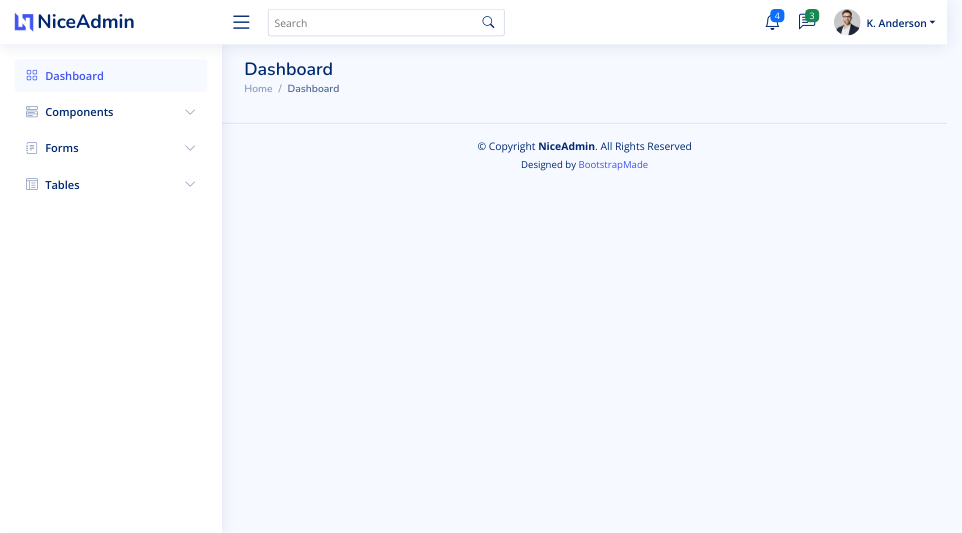
Repository: Hoainam7895123/library_manager
Page: http://localhost/library_manager/listBook.jsp
These files come from the project's save history. The page is drawn as it stood at one moment and after the next save; the edit follows.
The browser window is 1280 px wide. The page is 1280 px wide, then 1300 px, then 1280 px, so the pictures cover 1300 px, including what lies to the right of the window. The pictures show the whole page, at 74% of full size.
The page is served by Tomcat 9.

Above is the page before, as saved 2024-06-05 14:45:09.
Not found: library_manager/js/apexcharts.min.js

After the next save:
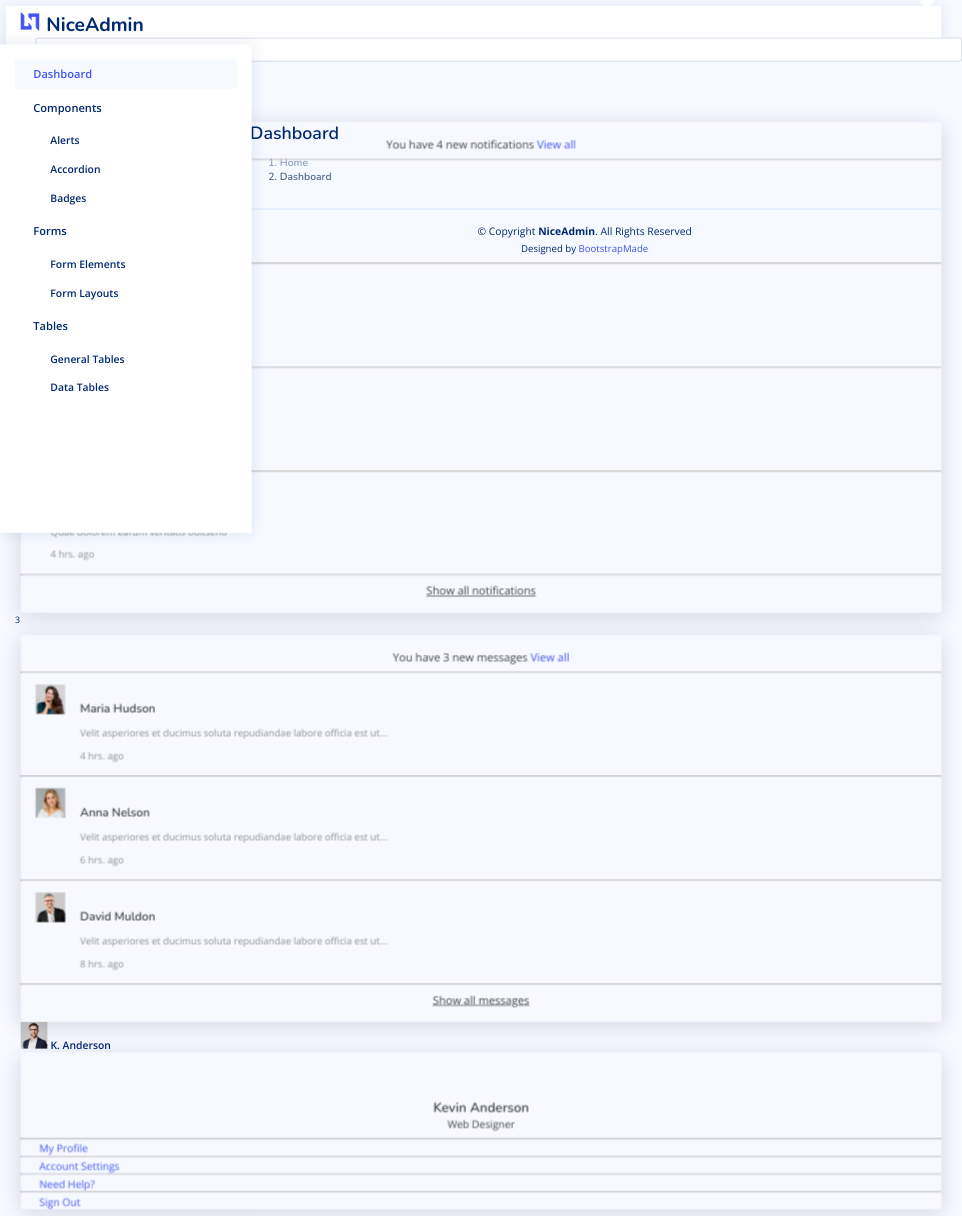
Not found: library_manager/library_managercss/bootstrap-icons/bootstrap-icons.css
Not found: library_manager/library_managercss/bootstrap.min.css
Not found: library_manager/library_managercss/boxicons.min.css
Saved 77 s later.
--- a/library_manager/src/main/webapp/listBook.jsp
+++ b/library_manager/src/main/webapp/listBook.jsp
@@ -22,13 +22,13 @@
   <link href="https://fonts.googleapis.com/css?family=Open+Sans:300,300i,400,400i,600,600i,700,700i|Nunito:300,300i,400,400i,600,600i,700,700i|Poppins:300,300i,400,400i,500,500i,600,600i,700,700i" rel="stylesheet">
 
   <!-- Vendor CSS Files -->
-  <link href="css/bootstrap.min.css" rel="stylesheet">
-  <link href="css/bootstrap-icons/bootstrap-icons.css" rel="stylesheet">
-  <link href="css/boxicons.min.css" rel="stylesheet">
-  <link href="css/quill.snow.css" rel="stylesheet">
-  <link href="css/quill.bubble.css" rel="stylesheet">
-  <link href="css/remixicon.css" rel="stylesheet">
-  <link href="css/style.css" rel="stylesheet">
+  <link href="${pageContext.request.contextPath}css/bootstrap.min.css" rel="stylesheet">
+  <link href="${pageContext.request.contextPath}css/bootstrap-icons/bootstrap-icons.css" rel="stylesheet">
+  <link href="${pageContext.request.contextPath}css/boxicons.min.css" rel="stylesheet">
+  <link href="${pageContext.request.contextPath}css/quill.snow.css" rel="stylesheet">
+  <link href="${pageContext.request.contextPath}css/quill.bubble.css" rel="stylesheet">
+  <link href="${pageContext.request.contextPath}css/remixicon.css" rel="stylesheet">
+  <link href="${pageContext.request.contextPath}css/style.css" rel="stylesheet">
 
   <!-- Template Main CSS File -->
   <link href="css/stylex.css" rel="stylesheet">
@@ -388,7 +388,7 @@
   <a href="#" class="back-to-top d-flex align-items-center justify-content-center"><i class="bi bi-arrow-up-short"></i></a>
 
   <!-- Vendor JS Files -->
-  <script src="/js/apexcharts.min.js"></script>
+  <script src="${pageContext.request.contextPath}/js/apexcharts.min.js"></script>
   <script src="${pageContext.request.contextPath}/js/bootstrap.bundle.min.js"></script>
 
   <script src="/js/echarts.min.js"></script>

After the save that followed:
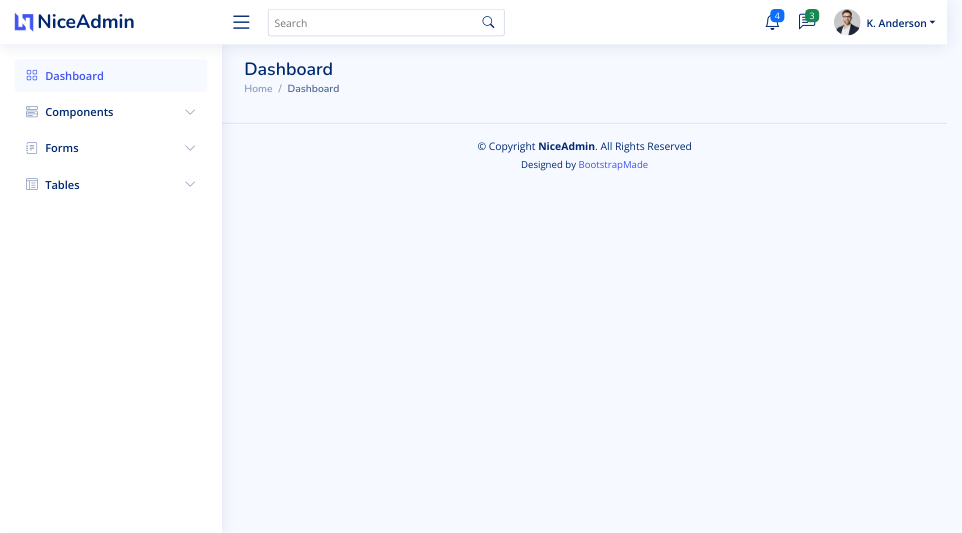
Saved 29 s later.
--- a/library_manager/src/main/webapp/listBook.jsp
+++ b/library_manager/src/main/webapp/listBook.jsp
@@ -22,13 +22,13 @@
   <link href="https://fonts.googleapis.com/css?family=Open+Sans:300,300i,400,400i,600,600i,700,700i|Nunito:300,300i,400,400i,600,600i,700,700i|Poppins:300,300i,400,400i,500,500i,600,600i,700,700i" rel="stylesheet">
 
   <!-- Vendor CSS Files -->
-  <link href="${pageContext.request.contextPath}css/bootstrap.min.css" rel="stylesheet">
-  <link href="${pageContext.request.contextPath}css/bootstrap-icons/bootstrap-icons.css" rel="stylesheet">
-  <link href="${pageContext.request.contextPath}css/boxicons.min.css" rel="stylesheet">
-  <link href="${pageContext.request.contextPath}css/quill.snow.css" rel="stylesheet">
-  <link href="${pageContext.request.contextPath}css/quill.bubble.css" rel="stylesheet">
-  <link href="${pageContext.request.contextPath}css/remixicon.css" rel="stylesheet">
-  <link href="${pageContext.request.contextPath}css/style.css" rel="stylesheet">
+  <link href="css/bootstrap.min.css" rel="stylesheet">
+  <link href="css/bootstrap-icons/bootstrap-icons.css" rel="stylesheet">
+  <link href="css/boxicons.min.css" rel="stylesheet">
+  <link href="css/quill.snow.css" rel="stylesheet">
+  <link href="css/quill.bubble.css" rel="stylesheet">
+  <link href="css/remixicon.css" rel="stylesheet">
+  <link href="css/style.css" rel="stylesheet">
 
   <!-- Template Main CSS File -->
   <link href="css/stylex.css" rel="stylesheet">
